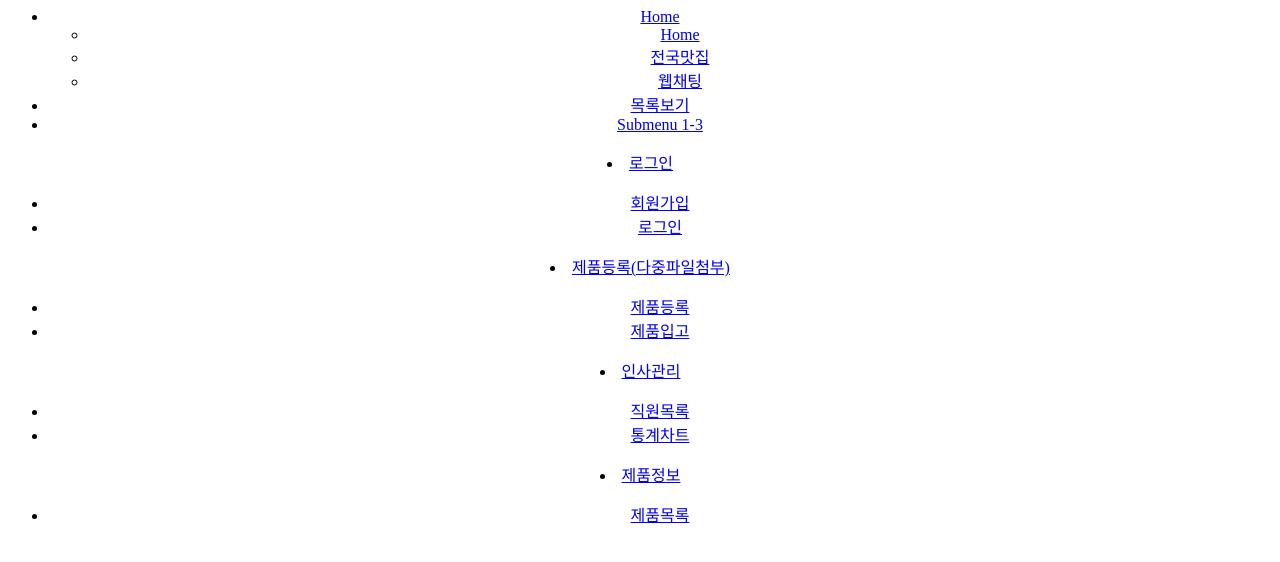
Repository: sser98/bowtech
Page: http://localhost/Board/WEB-INF/tiles/tile1/header.jsp
These files come from the project's save history. The page is drawn as it stood at one moment and after the next save; the edit follows.
The browser window is 1280 px wide. The pictures show the whole page.
The page is served by Tomcat 9. Nobody is signed in. The template is opened directly, without the code that normally fills it, so the values that code supplies are empty.

Above is the page before, as saved 2021-02-03 17:46:08.

After the next save:
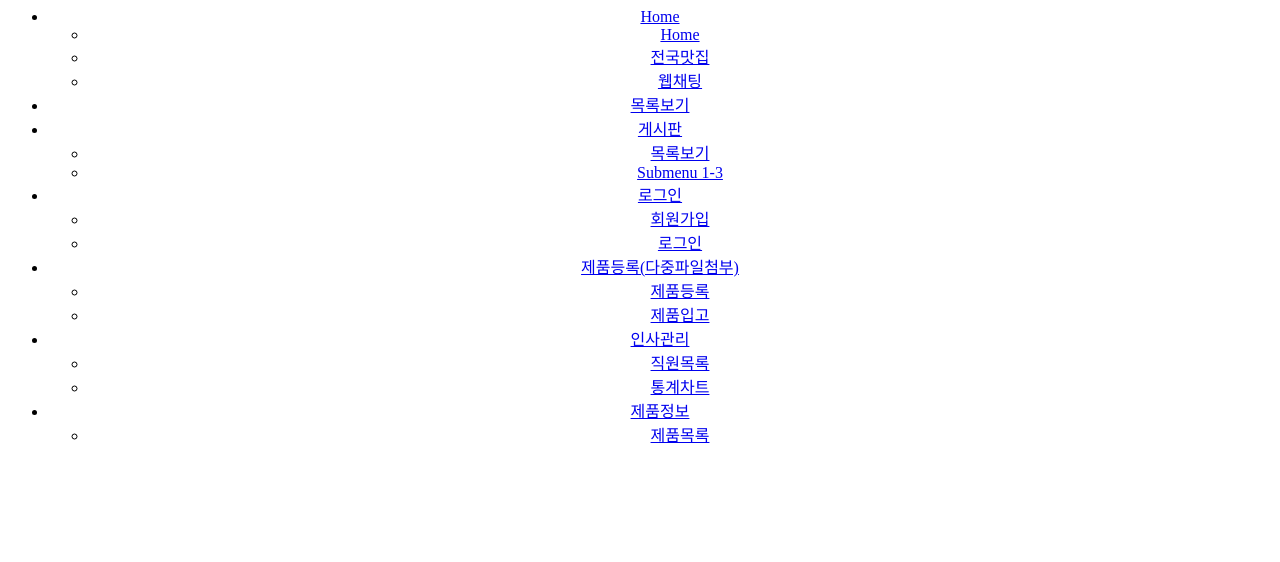
Saved 60 s later.
--- a/Board/src/main/webapp/WEB-INF/tiles/tile1/header.jsp
+++ b/Board/src/main/webapp/WEB-INF/tiles/tile1/header.jsp
@@ -39,14 +39,14 @@
 			</ul></li>
 		<li><a href="<%=ctxPath%>/list.action">목록보기</a></li>
 
-		<%-- <li class="dropdown"><a class="dropdown-toggle"
+ 		<li class="dropdown"><a class="dropdown-toggle"
 			data-toggle="dropdown" href="#">게시판 <span class="caret"></span></a>
 			<ul class="dropdown-menu">
 				<li><a href="<%=ctxPath%>/list.action">목록보기</a></li>
 
 		   <c:if test="${not empty sessionScope.loginuser}">
 				<li><a href="<%=ctxPath%>/add.action">글쓰기</a></li>
-		   	</c:if>  --%>
+		   	</c:if>
 
 				<li><a href="#">Submenu 1-3</a></li>
 			</ul></li>
